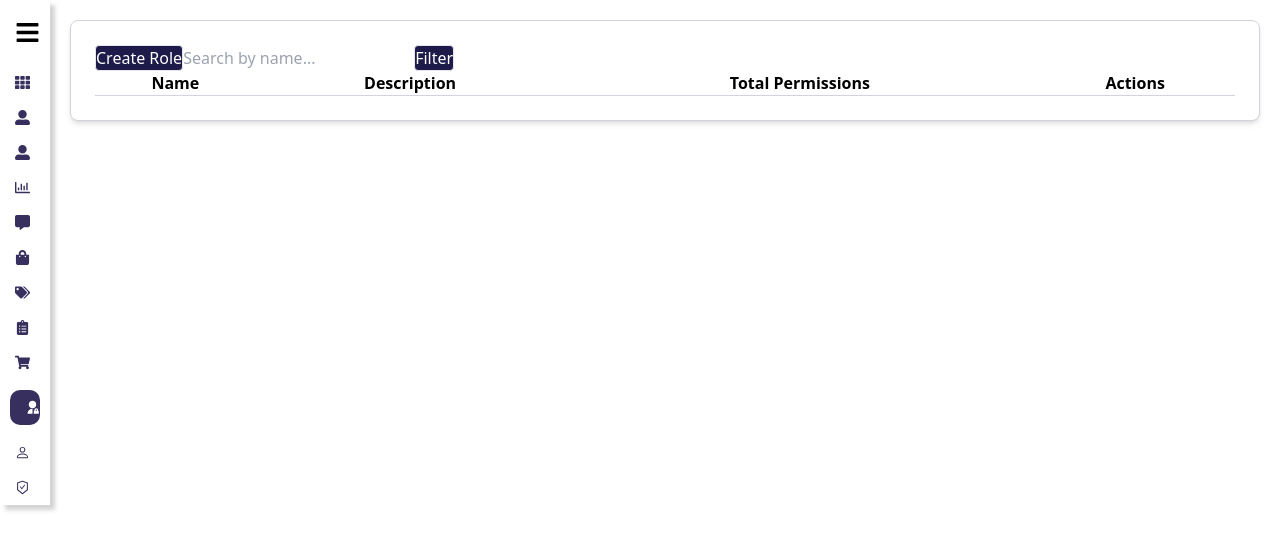
Repository: Andarg01/Admin
Page: /roles
The author's editor kept a copy of each file at every save. The page is drawn from the files as they stood at one save, then again after the next save.
The browser window is 1280 px wide. The pictures show the whole page.
The page's requests for data from a server got no answer. The project was rebuilt for these pictures with package versions that can differ from the ones it lists, and the page was loaded fresh each time. No one was signed in, and anything a server would have sent is missing. Also part of the build but not shown: src/styles/analytics.css, src/pages/Analytics.tsx, src/pages/Dashboard.tsx, src/styles/productList.css, src/components/OrderModal.tsx, src/components/OrderTable.tsx, src/pages/Orders.tsx, src/components/CategoryModal.tsx and 16 more.

Above is the page before, as saved 2024-02-29 21:26:57.

### src/index.tsx



import * as React from "react"
import * as ReactDOM from "react-dom/client"
import App from "./App"
import './index.css'

import { Provider } from 'react-redux';
import store from './redux/store';
const container = document.getElementById("root")
if (!container) throw new Error('Failed to find the root element');
const root = ReactDOM.createRoot(container)

root.render(

  <React.StrictMode>
    <Provider store={store}>
         <App />
         </Provider>
  </React.StrictMode>,

)

### src/App.tsx

import React, {useState} from 'react';
import { BrowserRouter, Route, Routes } from 'react-router-dom';
import Sidebar from './components/Sidebar';
import Dashboard from './pages/Dashboard';
import Orders from './pages/Orders';
import Category from './pages/CategoryPage';
import Login from './pages/Login'
import Analytics from './pages/Analytics';
import CustemerReview from './pages/CustemerReview';
import ProductList from './pages/ProductList';

import './App.css'
import SignUpForm from './pages/SignUpForm';
import ForgotPassword from './pages/ForgetPassword';
// import ContactPage from './pages/Contact';
// import RolesPage from './pages/Rolles';
// import PermissionPage from './pages/Permisstion';
import PermissionTable from './components/PermissionTable';
import RoleTable from './components/RoleTable';
import UserPage from './pages/UserPage';
import ShopPage from './pages/ShopPage';



type SaleData = {
  date: string;
  amount: number;
};

type RevenueData = {
  month: string;
  revenue: number;
};



const App: React.FC = () => {

  const saleData: SaleData[] = [
    { date: '2022-01-01', amount: 100 },
    { date: '2022-01-02', amount: 150 },
    { date: '2022-01-03', amount: 200 },
    { date: '2022-01-04', amount: 120 },
    { date: '2022-01-05', amount: 180 },
    { date: '2022-01-06', amount: 90 },
    { date: '2022-01-07', amount: 110 },
    { date: '2022-01-08', amount: 130 },
    { date: '2022-01-09', amount: 170 },
    { date: '2022-01-10', amount: 160 },
  ];

  const revenueData: RevenueData[] = [
    { month: 'January', revenue: 500 },
    { month: 'February', revenue: 700 },
    { month: 'March', revenue: 600 },
    { month: 'April', revenue: 800 },
    { month: 'May', revenue: 900 },
    { month: 'June', revenue: 750 },
    { month: 'July', revenue: 850 },
    { month: 'August', revenue: 950 },
    { month: 'September', revenue: 700 },
    { month: 'October', revenue: 850 },
  ];


  return (
    <div >
    <BrowserRouter>
    <Sidebar>
      <Routes>
        <Route path="/" element={<Dashboard saleData={saleData} revenueData={revenueData}  />} />
        <Route path="/dashboard" element={<Dashboard saleData={saleData} revenueData={revenueData}  />} />
       <Route path="/login" element={<Login/>}/>
       <Route path='/forget-password' element={<ForgotPassword/>}/>
        <Route path="/signup" element={<SignUpForm />} />
        <Route path="/review"element={<CustemerReview  />}/>
        <Route path="/analytics" element={<Analytics  />} />
        <Route path="/product" element={<ProductList />}/>
        <Route path="/shop" element={<ShopPage />} />
        <Route path="/orders" element={<Orders/> }/>

        <Route path="/category" element={<Category />} />
        {/* <Route path='/contact' element={<ContactPage/>}/> */}
        {/* <Route path='/roles' element={<RolesPage/>}/> */}
        {/* <Route path='/permission' element={<PermissionPage/>}/> */}
        <Route path='/roles' element={<RoleTable/>}/>
        <Route path='/permission' element={<PermissionTable/>}/>
        <Route path='/user' element={<UserPage/>}/>

      </Routes>
    </Sidebar>
  </BrowserRouter>
  </div>
  );
};

export default App;

### src/redux/store.ts
// redux/store.ts

import { configureStore, combineReducers } from '@reduxjs/toolkit';
import permissionsReducer from './reducers/permissionsReducers';
import rolesReducer from './reducers/rolesReducers';
import shopReducer from './reducers/shopReducer';

const rootReducer = combineReducers({
  permissions: permissionsReducer,
  roles: rolesReducer,
  shope:shopReducer,
});

const store = configureStore({
  reducer: rootReducer,
});

export type RootState = ReturnType<typeof rootReducer>;

export default store;

### src/components/Sidebar.tsx
import React, { useState } from 'react';
import ReactNode from "react";
import {
    FaTh,
    FaBars,
    FaUserAlt,
    FaRegChartBar,
    FaCommentAlt,
    FaShoppingBag,
    FaTags,
    FaClipboardList,
    FaShoppingCart,
} from 'react-icons/fa';
import { RiAdminFill } from 'react-icons/ri';
import { AiOutlineSafetyCertificate } from 'react-icons/ai';
import { BsPerson } from 'react-icons/bs';
import { IoIosContacts } from 'react-icons/io';
import { NavLink, NavLinkProps } from 'react-router-dom';



interface MenuItem {
    path: string;
    name: string;
    icon: JSX.Element;
}

// interface SidebarProps {
//   children: React.ReactNode;
// }
    const Sidebar: React.FC<React.PropsWithChildren<{}>> = ({ children }) => {
    const [isOpen, setIsOpen] = useState(false);

    const toggle = () => setIsOpen(!isOpen);

    const menuItems: MenuItem[] = [
        {
            path: '/',
            name: 'Dashboard',
            icon: <FaTh />,
        },
        {
            path: '/login',
            name: 'Login',
            icon: <FaUserAlt />,
        },
        {
          path: '/signup',
          name: 'Register form',
          icon: <FaUserAlt />,
      },
        {
            path: '/analytics',
            name: 'Analytics',
            icon: <FaRegChartBar />,
        },
        {
            path: '/review',
            name: 'CustemerReview',
            icon: <FaCommentAlt />,
        },
        {
            path: '/product',
            name: 'Product',
            icon: <FaShoppingBag />,
        },
        {
            path: '/category',
            name: 'Category List',
            icon: <FaTags />,
        },
        {
          path: '/orders',
          name: 'Orders',
          icon: <FaClipboardList />,
      },
      {
        path: '/shop',
        name: 'Sample product',
        icon: <FaShoppingCart />,
    },
    // {
    //     path: '/contact',
    //     name: 'Contact page',
    //     icon: <IoIosContacts />,
    // },
    {
        path: '/roles',
        name: 'Roles of user',
        icon: <RiAdminFill />,
    },
    {
        path: '/user',
        name: 'user page',
        icon: <BsPerson />,
    },
    {
        path: '/permission',
        name: 'permission information',
        icon: <AiOutlineSafetyCertificate />,
    },
    ];

    return (
        <div className="container">
            <div style={{ width: isOpen ? '200px' : '50px' }} className="sidebar">
                <div className="top_section">
                    <h1 style={{ display: isOpen ? 'block' : 'none' }} className="logo">
                        Logo
                    </h1>
                    <div style={{ marginLeft: isOpen ? '50px' : '0px' }} className="bars">
                        <FaBars onClick={toggle} />
                    </div>
                </div>
                {menuItems.map((item, index) => (
                    <NavLink to={item.path} key={index} className="link"
                    //  activeClassName="active"
                     >
                        <div className="icon">{item.icon}</div>
                        <div style={{ display: isOpen ? 'block' : 'none' }} className="link_text text-sm">
                            {item.name}
                        </div>
                    </NavLink>
                ))}
            </div>
            <main>{children}</main>
        </div>
    );
};

export default Sidebar;

### src/App.css
* {
    margin: 0;
    padding: 0;
    text-decoration: none;
    /* background: #fff; */
    /* color: #fff; */
    /* background: #0e1630 */
    /* background-color: #0e1630; */
}

.container {
    display: flex;
}

main {
    width: 100%;
    padding: 20px;
}

.sidebar {
    background: #fff;
    /* background: #0e1630; */
    box-shadow: 5px 5px 4px rgb(212, 212, 212);
    color: #000;
    height: auto;
    width: 200px;
    transition: all 0.5s;
}

.top_section {
    display: flex;
    align-items: center;
    padding: 20px 15px;
}

.logo {
    font-size: 30px;
}

.bars {
    display: flex;
    font-size: 25px;
    margin-left: 50px;
}

.link {
    display: flex;
    color: #37305F;
    padding: 10px 15px;
    gap: 15px;
    transition: all 0.5s;
}

.link:hover {
    background: #37305F;
    color: #fff;
    transition: all 0.5s;
    margin: 10px;
    border-radius: 10px;
}

.active {
    background: #37305F;
    color: #fff;
    margin: 10px;
    border-radius: 10px;
}

.icon,
.link_text {
    font-size: 15px;
}

### src/components/RoleTable.tsx
import React, { useState, useEffect } from 'react';
import { useDispatch, useSelector } from 'react-redux';
import { RootState } from '../redux/store';
import {
  fetchRoles,
  createRole,
  updateRole,
  deleteRole,
} from '../redux/actions/rolesActions';
import RoleModal from './RoleModal';

const RoleTable: React.FC = () => {
  const dispatch = useDispatch();
  const roles = useSelector((state: RootState) => state.roles.roles);

  const [showModal, setShowModal] = useState(false);
  const [selectedRole, setSelectedRole] = useState(null);
  const [filter, setFilter] = useState('');
  const [filteredRoles, setFilteredRoles] = useState([]);

  useEffect(() => {
    dispatch(fetchRoles());
  }, [dispatch]);

  useEffect(() => {
    setFilteredRoles(roles.filter(role =>
      role.name.toLowerCase().includes(filter.toLowerCase())
    ));
  }, [roles, filter]);

  const handleCreate = () => {
    setSelectedRole(null);
    setShowModal(true);
  };

  const handleEdit = (role: any) => {
    setSelectedRole(role);
    setShowModal(true);
  };

  const handleDelete = (roleId: string) => {
    if (window.confirm('Are you sure you want to delete this role?')) {
      dispatch(deleteRole(roleId));
    }
  };

  const handleFilter = () => {
    setFilteredRoles(roles.filter(role =>
      role.name.toLowerCase().includes(filter.toLowerCase())
    ));
  };

  return (
    <div className="overflow-x-auto bg-white border border-gray-300 p-6 rounded-lg shadow-md transition duration-500 ease-in-out">
      <button onClick={handleCreate} className='bg-indigo-950 border rounded hover:m-2 text-white'>Create Role</button>
      <input
        type="text"
        placeholder="Search by name..."
        value={filter}
        onChange={(e) => setFilter(e.target.value)}
      />
      <button onClick={handleFilter} className="bg-indigo-950 border rounded hover:m-2 text-white">Filter</button>
      <table className="min-w-full border-b border-gray-300">
        <thead>
          <tr>
            <th>Name</th>
            <th>Description</th>
            <th>Total Permissions</th>
            <th>Actions</th>
          </tr>
        </thead>
        <tbody>
          {filteredRoles.map((role) => (
            <tr key={role.id}>
              <td className="py-2 px-4 border-r">{role.name}</td>
              <td className="py-2 px-4 border-r">{role.description}</td>
              <td className="py-2 px-4 border-r">{role.permissions.length}</td>
              <td className="py-2 px-4">
                <button onClick={() => handleEdit(role)}
                className="edit hover:underline mr-2 hover:text-gray-700"
                >Edit</button>
                <button onClick={() => handleDelete(role.id)}
                className="delete hover:underline hover:text-red-700"
                >Delete</button>
              </td>
            </tr>
          ))}
        </tbody>
      </table>
      {showModal && <RoleModal onClose={() => setShowModal(false)} role={selectedRole} />}
    </div>
  );
};

export default RoleTable;

### src/redux/reducers/permissionsReducers.ts
import { createSlice } from '@reduxjs/toolkit';
import { fetchPermissions, createPermission, updatePermission, deletePermission } from '../actions/permissionsActions'


interface Permission {
  id: string;
  name: string;
  description: string;
}

interface PermissionsState {
  permissions: Permission[];
}

const initialState: PermissionsState = {
  permissions: [],
};

const permissionsSlice = createSlice({
  name: 'permissions',
  initialState,
  reducers: {}, // You can add reducers if needed
  extraReducers: (builder) => {
    builder.addCase(fetchPermissions.fulfilled, (state, action) => {
      state.permissions = action.payload;
    });
    builder.addCase(createPermission.fulfilled, (state, action) => {
      state.permissions.push(action.payload);
    });
    builder.addCase(updatePermission.fulfilled, (state, action) => {
      const updatedPermission = action.payload;
      const index = state.permissions.findIndex((p) => p.id === updatedPermission.id);
      if (index !== -1) {
        state.permissions[index] = updatedPermission;
      }
    });
    builder.addCase(deletePermission.fulfilled, (state, action) => {
      const deletedPermissionId = action.payload;
      state.permissions = state.permissions.filter((p) => p.id !== deletedPermissionId);
    });
  },
});

export default permissionsSlice.reducer;

### src/redux/reducers/rolesReducers.ts
import { createSlice } from '@reduxjs/toolkit';
import { fetchRoles, createRole, updateRole, deleteRole } from "../actions/rolesActions"


export interface Role {
  id: string;
  name: string;
  description: string;
  permissions: string[]; // Assuming permission IDs are stored in an array
  default: boolean;
}

interface RolesState {
  roles: Role[];
}

const initialState: RolesState = {
  roles: [],
};

const rolesSlice = createSlice({
  name: 'roles',
  initialState,
  reducers: {}, // You can add reducers if needed
  extraReducers: (builder) => {
    builder.addCase(fetchRoles.fulfilled, (state, action) => {
      state.roles = action.payload;
    });
    builder.addCase(createRole.fulfilled, (state, action) => {
      state.roles.push(action.payload);
    });
    builder.addCase(updateRole.fulfilled, (state, action) => {
      const updatedRole = action.payload;
      const index = state.roles.findIndex((r) => r.id === updatedRole.id);
      if (index !== -1) {
        state.roles[index] = updatedRole;
      }
    });
    builder.addCase(deleteRole.fulfilled, (state, action) => {
      const deletedRoleId = action.payload;
      state.roles = state.roles.filter((r) => r.id !== deletedRoleId);
    });
  },
});

export default rolesSlice.reducer;

### src/redux/reducers/shopReducer.ts
// src/redux/reducers/shopReducer.ts

import {
    FETCH_SHOPS_REQUEST,
    FETCH_SHOPS_SUCCESS,
    FETCH_SHOPS_FAILURE,
  } from '../actions/shopActions';

  interface Shop {
    id: string;
    name: string;
    description: string;
    shopUrl: string;
    permissionName: string;
    picture: string;
  }

  interface ShopState {
    shops: Shop[];
    loading: boolean;
    error: string;
  }

  const initialState: ShopState = {
    shops: [],
    loading: false,
    error: '',
  };

  const shopReducer = (state = initialState, action: any): ShopState => {
    switch (action.type) {
      case FETCH_SHOPS_REQUEST:
        return {
          ...state,
          loading: true,
        };
      case FETCH_SHOPS_SUCCESS:
        return {
          ...state,
          loading: false,
          shops: action.payload,
          error: '',
        };
      case FETCH_SHOPS_FAILURE:
        return {
          ...state,
          loading: false,
          shops: [],
          error: action.payload,
        };
      default:
        return state;
    }
  };

  export default shopReducer;

### src/redux/actions/permissionsActions.ts
import { createAsyncThunk } from '@reduxjs/toolkit';

// Replace with your actual backend endpoint
const API_ENDPOINT = 'https://sheba-app.onrender.com/api/permissions';

interface Permission {
  id: string;
  name: string;
  description: string;
}

export const fetchPermissions = createAsyncThunk<Permission[]>('permissions/fetchPermissions', async () => {
  const response = await fetch(`${API_ENDPOINT}/all`);
  const data = await response.json();
  return data.permissions;
});

export const createPermission = createAsyncThunk<Permission, { name: string, description: string }>(
  'permissions/createPermission',
  async (payload) => {
    const response = await fetch(`${API_ENDPOINT}/create`, {
      method: 'POST',
      headers: {
        'Content-Type': 'application/json',
      },
      body: JSON.stringify(payload),
    });
    const data = await response.json();
    return data;
  }
);

export const updatePermission = createAsyncThunk<Permission, { id: string, data: { name: string, description: string } }>(
  'permissions/updatePermission',
  async (payload) => {
    const response = await fetch(`${API_ENDPOINT}/${payload.id}/update`, {
      method: 'PUT',
      headers: {
        'Content-Type': 'application/json',
      },
      body: JSON.stringify(payload.data),
    });
    const data = await response.json();
    return data;
  }
);

export const deletePermission = createAsyncThunk('permissions/deletePermission', async (permissionId: string) => {
  const response = await fetch(`${API_ENDPOINT}/${permissionId}/delete`, {
    method: 'DELETE',
  });
  const data = await response.json();
  return data;
});

### src/redux/actions/rolesActions.ts
// roles/actions.ts

import { createAsyncThunk } from '@reduxjs/toolkit';

// Replace with your actual backend endpoint
const API_ENDPOINT = 'https://sheba-app.onrender.com/api/roles';

export const fetchRoles = createAsyncThunk('roles/fetchRoles', async () => {
  const response = await fetch(API_ENDPOINT);
  const data = await response.json();
  return data.roles;
});

export const createRole = createAsyncThunk('roles/createRole', async (payload: any) => {
  const response = await fetch(API_ENDPOINT + '/create', {
    method: 'POST',
    headers: {
      'Content-Type': 'application/json',
    },
    body: JSON.stringify(payload),
  });
  const data = await response.json();
  return data;
});

export const updateRole = createAsyncThunk('roles/updateRole', async (payload: any) => {
  const response = await fetch(`${API_ENDPOINT}/${payload.id}/update`, {
    method: 'PUT',
    headers: {
      'Content-Type': 'application/json',
    },
    body: JSON.stringify(payload.data),
  });
  const data = await response.json();
  return data;
});

export const deleteRole = createAsyncThunk('roles/deleteRole', async (roleId: string) => {
  const response = await fetch(`${API_ENDPOINT}/${roleId}/delete`, {
    method: 'DELETE',
  });
  const data = await response.json();
  return data;
});

### src/redux/actions/shopActions.ts
// src/redux/actions/shopActions.ts

import axios from 'axios';

export const FETCH_SHOPS_REQUEST = 'FETCH_SHOPS_REQUEST';
export const FETCH_SHOPS_SUCCESS = 'FETCH_SHOPS_SUCCESS';
export const FETCH_SHOPS_FAILURE = 'FETCH_SHOPS_FAILURE';

export const fetchShops = () => {
  return async (dispatch: any) => {
    dispatch({ type: FETCH_SHOPS_REQUEST });

    try {
      const response = await axios.get('https://sheba-app.onrender.com/api/shops/user/all');
      dispatch({ type: FETCH_SHOPS_SUCCESS, payload: response.data });
    } catch (error) {
      dispatch({ type: FETCH_SHOPS_FAILURE, payload: error.message });
    }
  };
};

Loaded but not shown: public/index.html (common file); src/index.css (common file); tailwind.config.js (common file)

After the next save:
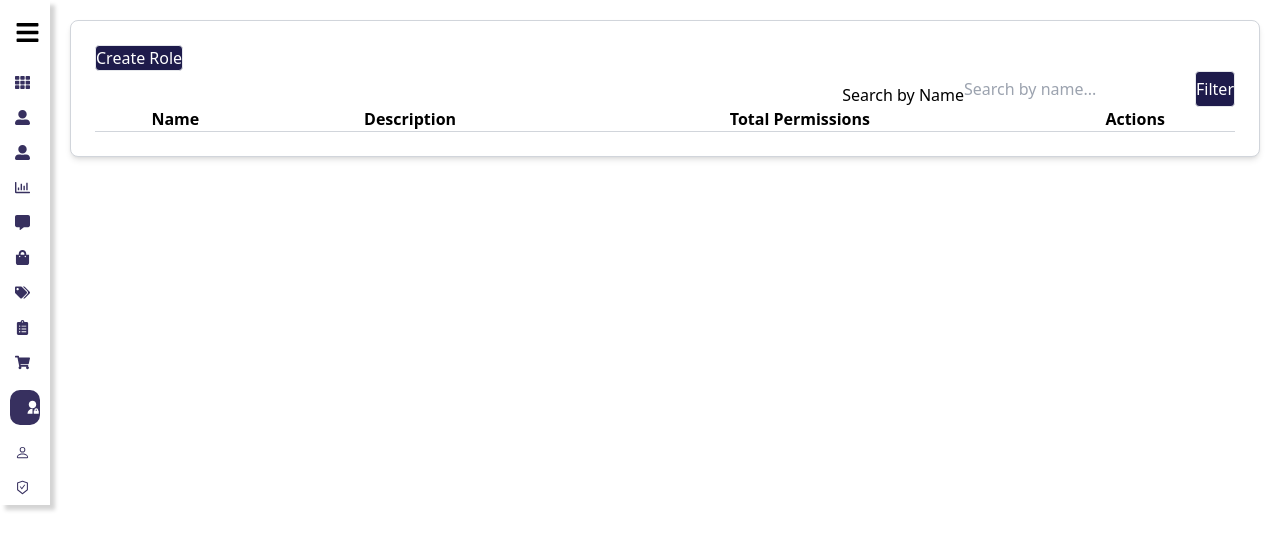
Saved 4 min 30 s later.
--- a/src/components/RoleTable.tsx
+++ b/src/components/RoleTable.tsx
@@ -53,6 +53,8 @@ const RoleTable: React.FC = () => {
   return (
     <div className="overflow-x-auto bg-white border border-gray-300 p-6 rounded-lg shadow-md transition duration-500 ease-in-out">
       <button onClick={handleCreate} className='bg-indigo-950 border rounded hover:m-2 text-white'>Create Role</button>
+     <div className=" flex justify-end">
+     <p className="mt-3"> Search by Name</p>
       <input
         type="text"
         placeholder="Search by name..."
@@ -60,6 +62,7 @@ const RoleTable: React.FC = () => {
         onChange={(e) => setFilter(e.target.value)}
       />
       <button onClick={handleFilter} className="bg-indigo-950 border rounded hover:m-2 text-white">Filter</button>
+      </div>
       <table className="min-w-full border-b border-gray-300">
         <thead>
           <tr>
